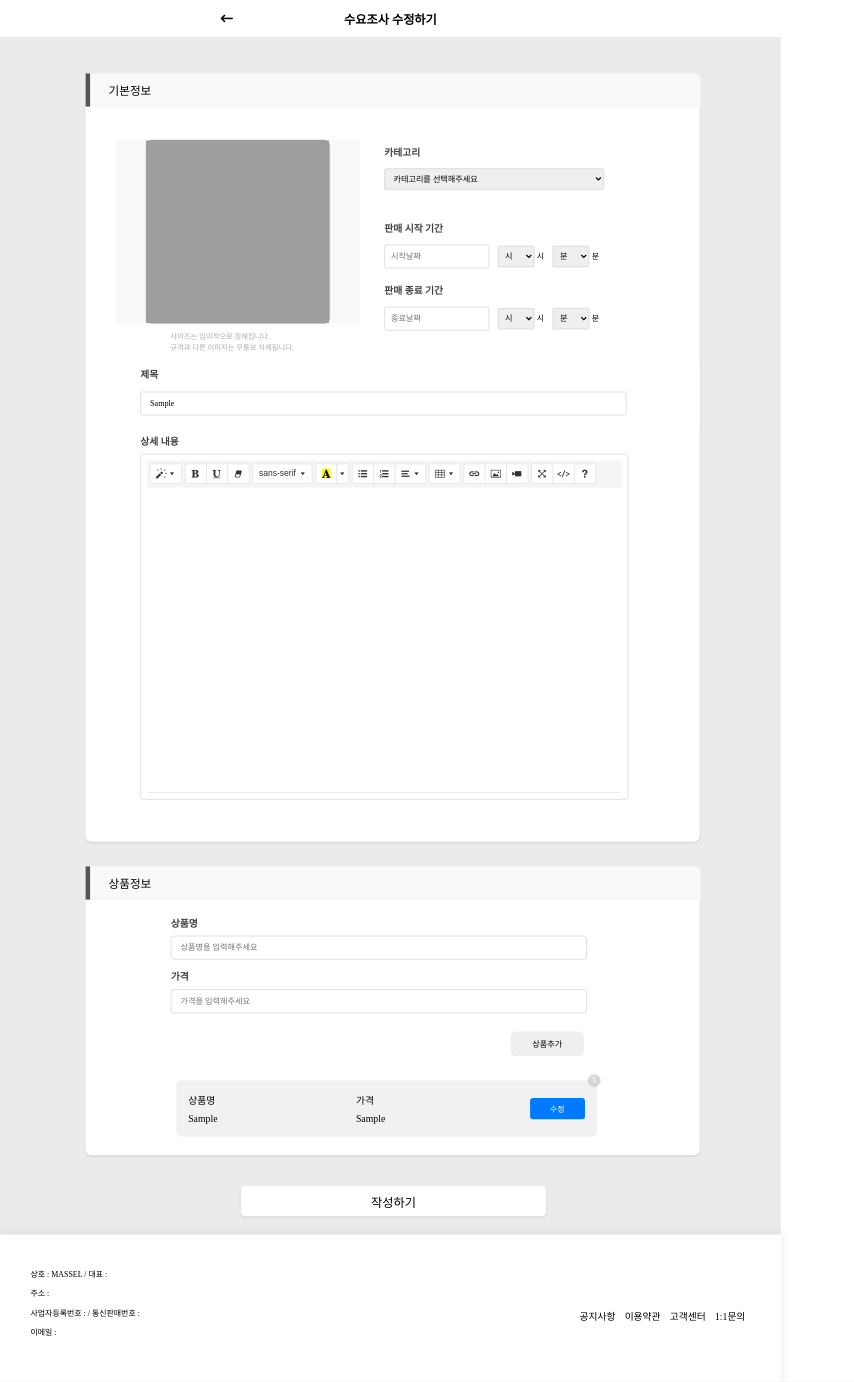
Repository: mmyyt/MASSEL
Page: http://localhost/MASSEL/WEB-INF/views/demandsurvey/dsEdit.jsp
These files come from the project's save history. The page is drawn as it stood at one moment and after the next save; the edit follows.
The browser window is 1280 px wide. The page is 1400 px wide, so the pictures cover 1400 px, including what lies to the right of the window. The pictures show the whole page, at 61% of full size.
Empty fields were first filled with sample values (such as "Sample", 5 or name@example.com).
After loading, the first visible `#addList` was clicked once.
Pictures or frames that could not be fetched are drawn as grey boxes. Some web fonts or font styles are not loaded; a fallback is used. Some web libraries are served in a nearby version. The page is served by Tomcat 9. Nobody is signed in. The template is opened directly, without the code that normally fills it, so the values that code supplies are empty.

Above is the page before, as saved 2024-11-20 08:49:12.
Console error: SyntaxError: Unexpected token ';'

After the next save:
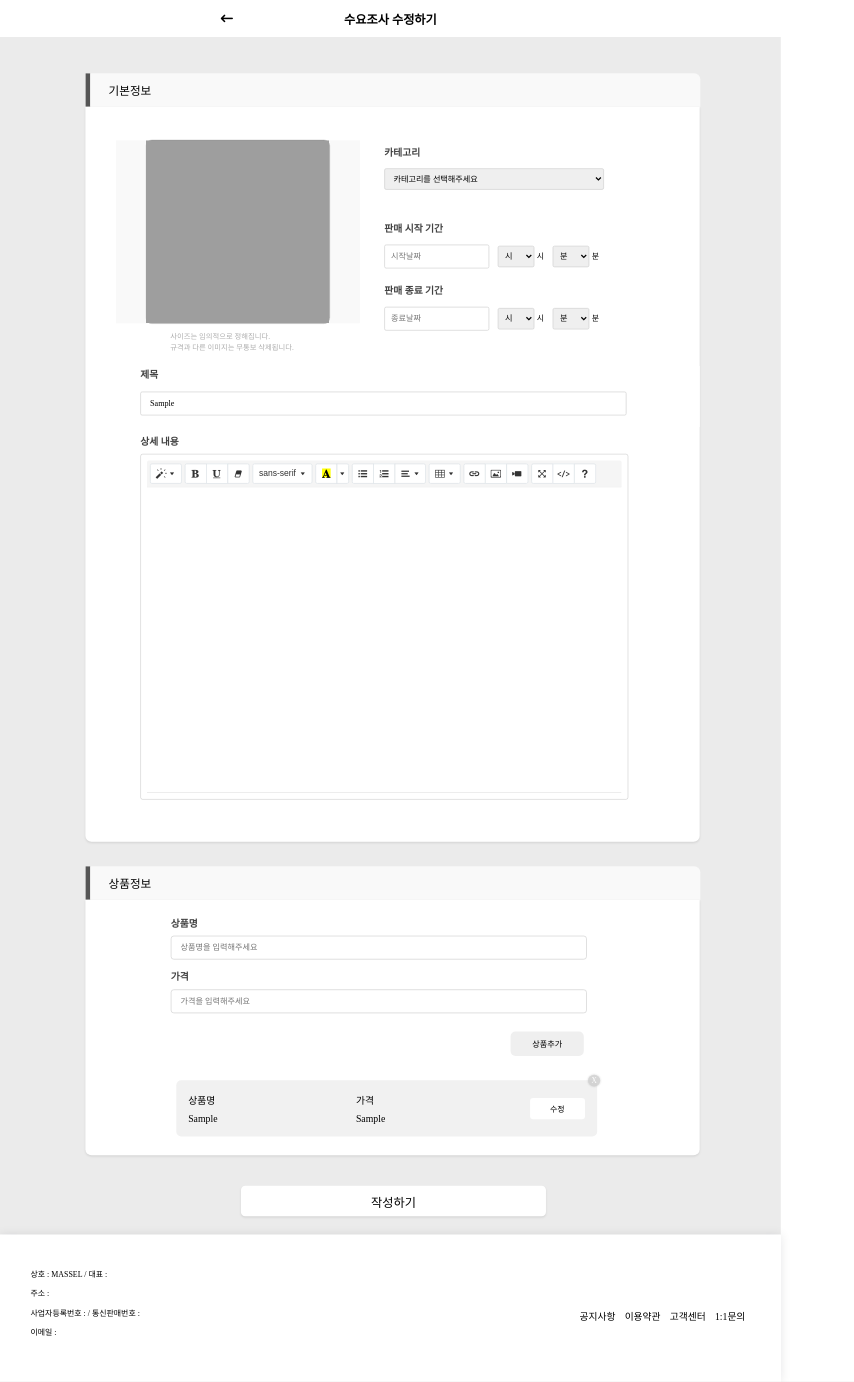
Saved 5 min 38 s later.
--- a/MASSEL/src/main/webapp/resources/css/dsEdit.css
+++ b/MASSEL/src/main/webapp/resources/css/dsEdit.css
@@ -775,15 +775,16 @@ button {
     cursor: pointer;
     border: none;
     border-radius: 5px;
-    background-color: #007bff;
-    color: white;
+    background-color: white;
+    color: black;
     transition: background-color 0.3s;
 	width: 90px;
 	height: 35px;
 }
 
 .editBtn:hover {
-    background-color: #0056b3;
+    background-color: #007bff;
+    color: white;
 }
 
 
